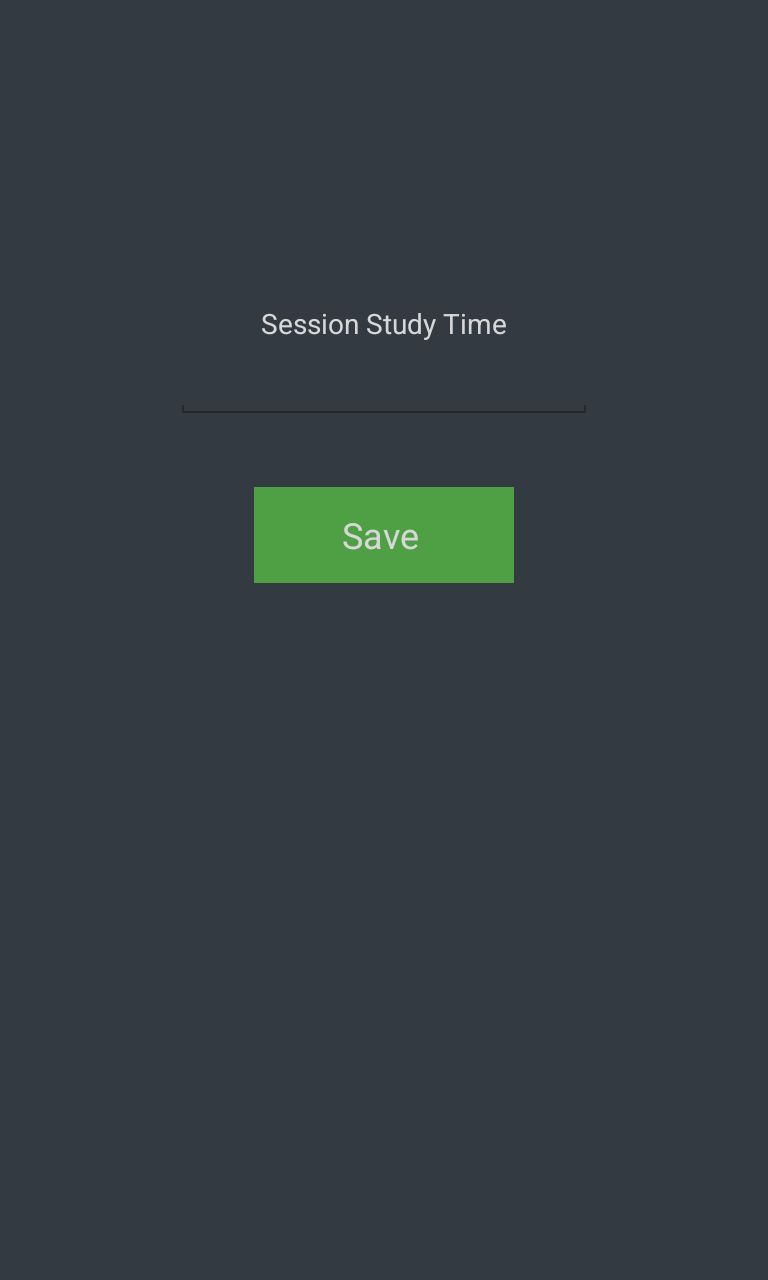
Repository: kishukismat/flashbuddy
Layout: FlashBuddy/res/layout/session_timer.xml
An editor plug-in stored every save of this project. The layout is shown before and after the next save, followed by the edit.
It is drawn on a 768 x 1280 px phone screen (xhdpi) without system bars, with theme AppTheme; the app's code is not run.

Above is the layout before, as saved 2014-05-10 16:54:27.

### FlashBuddy/res/layout/session_timer.xml
<RelativeLayout xmlns:android="http://schemas.android.com/apk/res/android"
    xmlns:tools="http://schemas.android.com/tools"
    android:layout_width="match_parent"
    android:layout_height="match_parent"
    android:background="@color/darkblue"
    android:paddingBottom="@dimen/activity_vertical_margin"
    android:paddingLeft="@dimen/activity_horizontal_margin"
    android:paddingRight="@dimen/activity_horizontal_margin"
    android:paddingTop="@dimen/activity_vertical_margin"
    tools:context=".FlashBuddyEditDeckActivity" >

    <EditText
        android:id="@+id/timerEntry"
        android:layout_width="wrap_content"
        android:layout_height="wrap_content"
        android:layout_below="@+id/timerView"
        android:layout_centerHorizontal="true"
        android:ems="10"
        android:inputType="textMultiLine"
        android:textColor="@color/gray" />

    <TextView
        android:id="@+id/timerView"
        android:layout_width="wrap_content"
        android:layout_height="wrap_content"
        android:layout_alignParentTop="true"
        android:layout_centerHorizontal="true"
        android:layout_marginTop="136dp"
        android:text="@string/timerPrompt"
        android:textColor="@color/gray" />

    <Button
        android:id="@+id/doneButton"
        android:layout_width="130dp"
        android:layout_height="wrap_content"
        android:layout_below="@+id/timerEntry"
        android:layout_centerHorizontal="true"
        android:layout_marginTop="33dp"
        android:background="@color/green"
        android:onClick="onClickWriteCard"
        android:text="Save "
        android:textColor="@color/gray" />

</RelativeLayout>

### FlashBuddy/res/values/strings.xml
<?xml version="1.0" encoding="utf-8"?>
<resources>

    <string name="app_name">FlashBuddy</string>
    <string name="next_button_text">Next</string>
    <string name="done_button_text">Done</string>
    <string name="question_title_text">Question</string>
    <string name="answer_title_text">Answer</string>
    <string name="show_answer_text">Show Answer</string>
    <string name="action_settings">Settings</string>
    <string name="log_in_banner">FlashBuddy</string>
    <string name="username">username</string>
    <string name="newusername">Enter a user name</string>
    <string name="password">password</string>
    <string name="createuser_text">Create an Account!</string>
    <string name="createdeck_text">Create A FlashBuddy Deck</string>
    <string name="deckname">Insert Deck Name</string>
    <string name="decksubject">Insert Deck Subject</string>
    <string name="create_deck">Create Deck</string>
    <string name="share_deck">Share Deck</string>
    <string name="numcards">Number of Cards</string>
    <string name="create_password_1">Enter a password</string>
    <string name="create_password_2">Enter it again</string>
    <string name="log_in">Log In</string>
    <string name="create_new_account">Create New Account</string>
    <string name="view_flash_decks">View Flash Decks</string>
    <string name="create_flash_decks">Create Flash Decks</string>
    <string name="share_flash_decks">Share Flash Decks</string>
    <string name="help_login">Login Help</string>
    <string name="title_activity_flash_buddy_displayed_message">FlashBuddy Message</string>
    <string name="hello_world">Hello world!</string>
    <string name="title_activity_flash_buddy_user">FlashBuddy</string>
    <string name="title_activity_flash_buddy_create_user">FlashBuddyCreateUserActivity</string>
    <string name="title_activity_flash_buddy_study_decks">FlashBuddy Study Decks</string>
    <string name="main_start_studying">Start Studying!</string>
    <string name="main_view_decks">Decks</string>
    <string name="main_help">Help</string>
    <string name="main_logout">Logout</string>
    <string name="main_currentusername">"Currently logged in as: "</string>
    <string name="main_trueUsername"></string>
    <string name="edit_deck_button">Edit Deck</string>
    <string name="create_deck_button">Create Deck</string>
    <string name="delete_deck_button">Delete Deck</string>
    <string name="title_activity_flash_buddy_modify_decks">FlashBuddyModifyDecksActivity</string>
    <string name="loginscreenhelp">Swipe up to see help!</string>
    <string name="loginhelp">To Login\n\n\t1) Enter your username\n\t2) Enter your password\n\nNo Account?\n\n\t1) Select Create New Account\n\nNavigation\n\n\t Swipe up to see help information.\n\t Swipe down to go back.\n</string>
 	<string name="whiteboard">Whiteboard Drawable</string>

    <color name="lightblue">#55606e</color>
    <color name="red">#dd514c</color>
    <color name="darkblue">#343a41</color>
    <color name="green">#4FA044</color>
    <color name="gray">#D7D7D7</color>
    <color name="bluebutton">#7b93af</color>
    <color name="flashbuddymain">#2EC178</color>
    <color name="buttoncolor">#259A60</color>
    <color name="buttongradient">#479C71</color>
    <color name="hint">#C2C2A3</color>
    <color name="Black">#000000</color>
    <color name="white">#FFFFFF</color>
    <color name="ExpandChildBackground">#FFAFABAB</color>
    <color name="ExpandGroupBackground">#FF7C7C7C</color>
    <color name="highlighted_entry">#7A1839</color>
    <color name="transparent">#80000000</color>

    <string name="title_activity_xmlparse">XMLParseActivity</string>
    <string name="title_activity_flash_buddy_create_deck">FlashBuddyCreateDeckActivity</string>
    <string name="study_deck_button">Study Deck</string>
    <string name="title_activity_flash_buddy_exec_study_deck">FlashBuddyExecStudyDeck</string>
    <string name="title_activity_flash_buddy_card_input">FlashBuddyCardInputActivity</string>
    <string name="title_activity_flash_buddy_edit_deck">FlashBuddyEditDeckActivity</string>
    <string name="timer">Timer</string>
    <color name="timerColor">#9D4384</color>
    <string name="timerPrompt">Session Study Time</string>
    <string name="minTimer">Minutes</string>
    <string name="secTimer">Seconds</string>

</resources>

Loaded but not shown: FlashBuddy/res/values/styles.xml (common file); FlashBuddy/res/values-v11/styles.xml (common file); FlashBuddy/res/values-v14/styles.xml (common file); FlashBuddy/res/values/dimens.xml (common file)

After the next save:
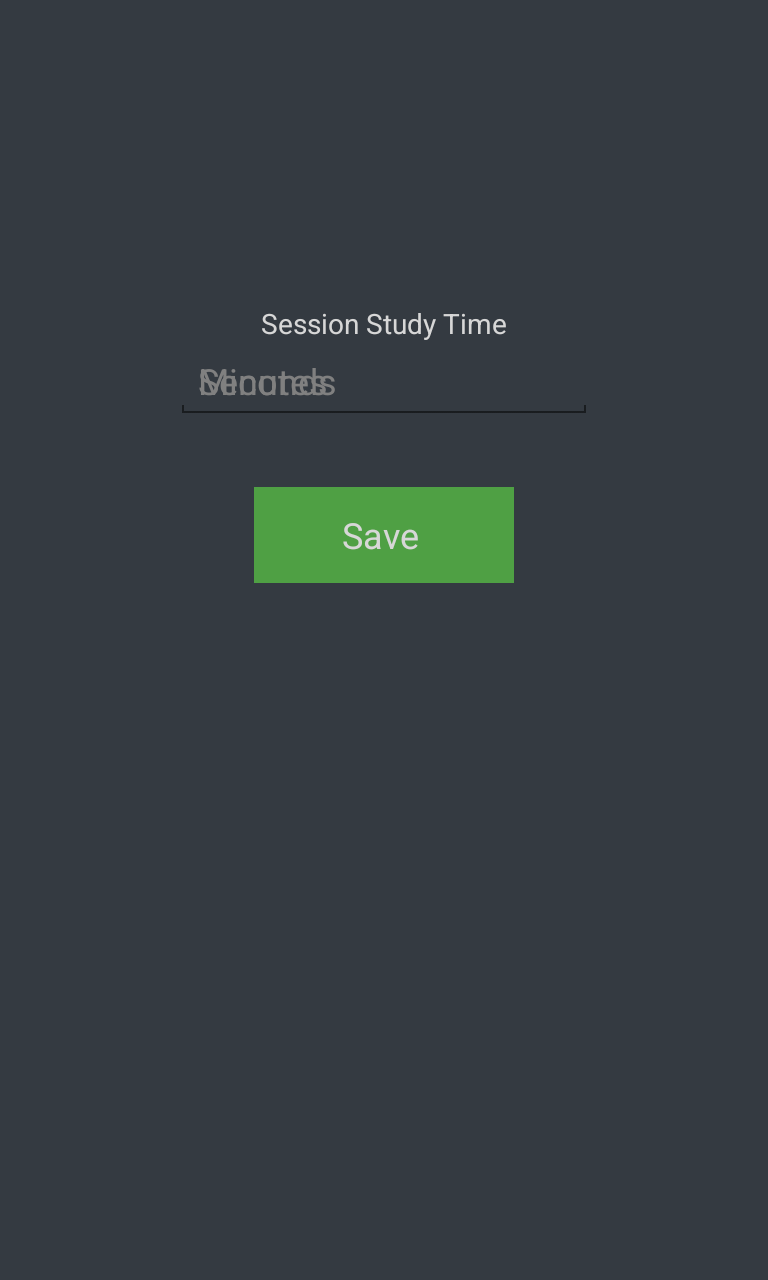
Saved 34 s later.
--- a/FlashBuddy/res/layout/session_timer.xml
+++ b/FlashBuddy/res/layout/session_timer.xml
@@ -15,6 +15,18 @@
         android:layout_height="wrap_content"
         android:layout_below="@+id/timerView"
         android:layout_centerHorizontal="true"
+        android:ems="10"
+        android:hint="@string/minTimer"
+        android:inputType="textMultiLine"
+        android:textColor="@color/gray" />
+
+    <EditText
+        android:id="@+id/timerEntry2"
+        android:layout_width="wrap_content"
+        android:layout_height="wrap_content"
+        android:layout_below="@+id/timerView"
+        android:layout_centerHorizontal="true"
+        android:hint="@string/secTimer"
         android:ems="10"
         android:inputType="textMultiLine"
         android:textColor="@color/gray" />
